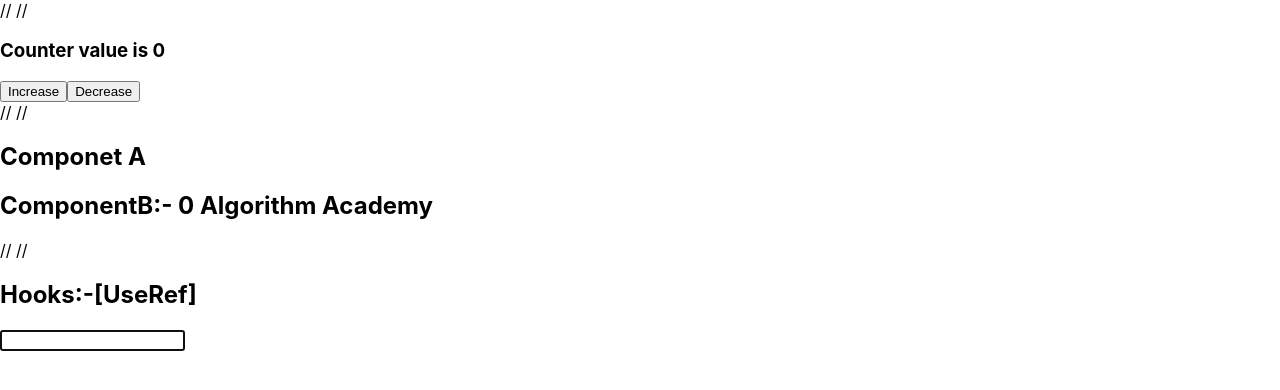
Repository: OmniaRafat232111121/my-app
Page: /
An editor plug-in stored every save of this project. The page is shown before and after a run of saves, followed by the edit.
The browser window is 1280 px wide. The pictures show the whole page.
The project was rebuilt for these pictures with package versions that can differ from the ones it lists, and the page was loaded fresh each time.

Above is the page before, as saved 2022-10-22 10:58:07.

After the next 9 saves:
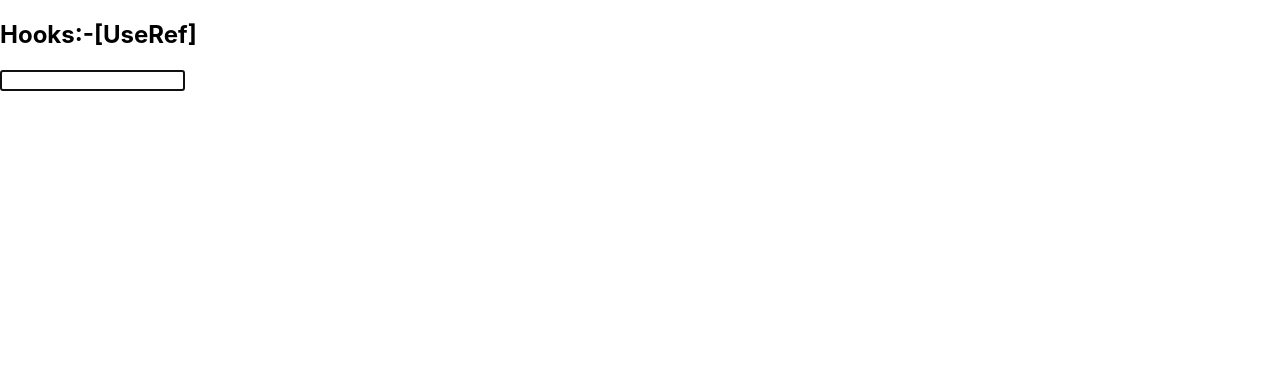
The 9 saves are shown as one change because they came seconds apart.
The last was saved 24 s later.
--- a/src/App.js
+++ b/src/App.js
@@ -105,12 +105,16 @@
   return (
 
     <>
-    // <CounterContextProvider>
+    {
+      /*
+      // <CounterContextProvider>
     // <Counter/>
     // <NameContextProvider>
     // <ComA/>
     // </NameContextProvider>
     // </CounterContextProvider>
+      */
+    }
     <Reference/>
     </>
   );
